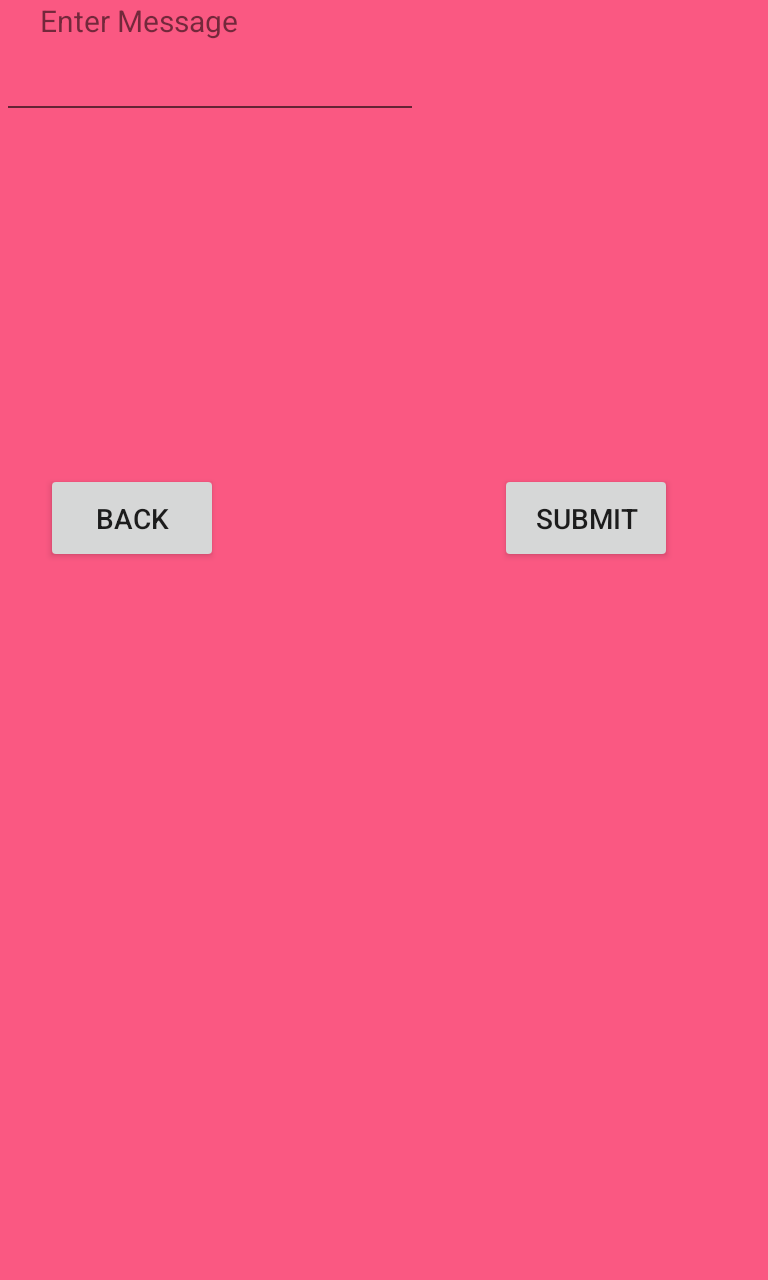
Repository: Clarenaliaka/code-challenge
Layout: ModernMum/res/layout/contacts.xml
These files come from the project's save history. The layout is drawn as it stood at one moment and after the next save; the edit follows.
It is drawn on a 768 x 1280 px phone screen (xhdpi) without system bars, with theme AppTheme; the app's code is not run.

Above is the layout before, as saved 2014-08-03 10:08:36.

After the next save:
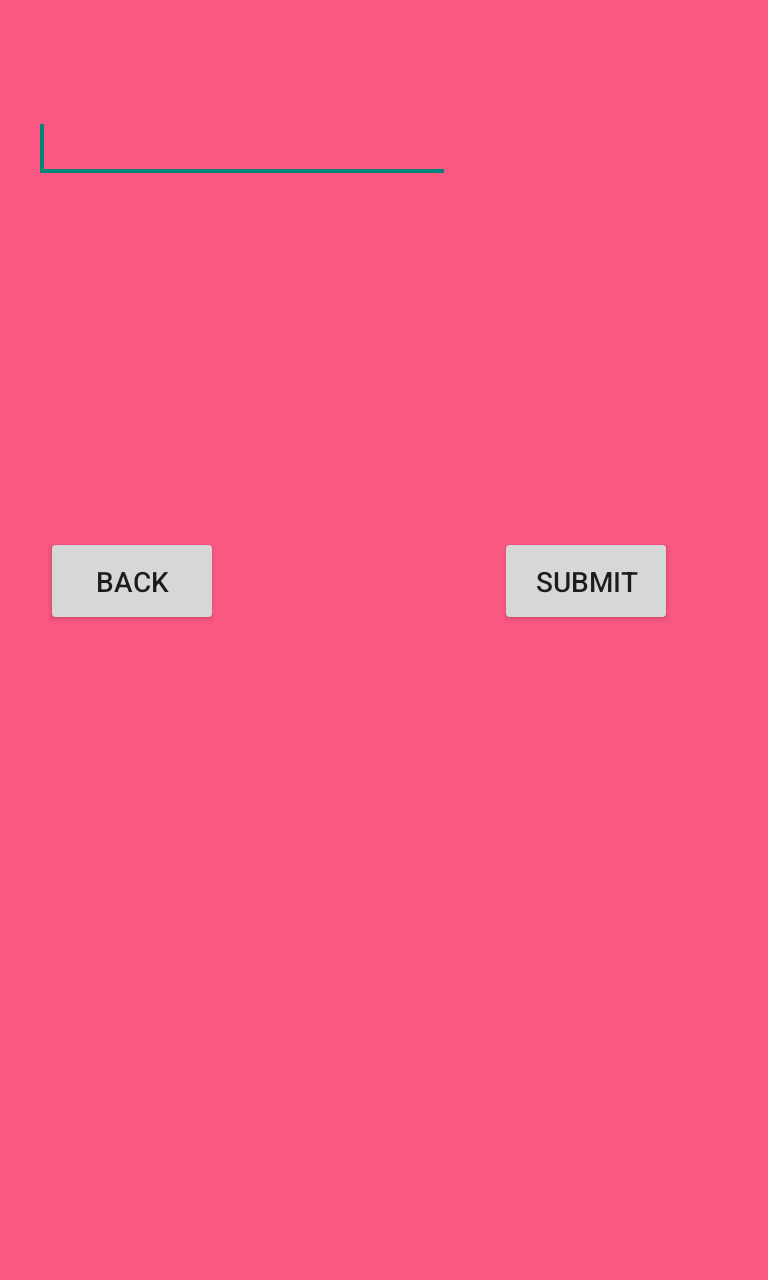
Saved 3 min 21 s later.
--- a/ModernMum/res/layout/contacts.xml
+++ b/ModernMum/res/layout/contacts.xml
@@ -7,22 +7,19 @@
 
 
 
-     <TextView
-        android:id="@+id/textView1"
-        android:layout_width="wrap_content"
-        android:layout_height="wrap_content"
+  <EditText
+            android:id="@+id/editText1"
+            android:layout_width="wrap_content"
+            android:layout_height="wrap_content"
+            android:layout_alignLeft="@+id/btncoback"
+            android:layout_alignParentTop="true"
+            android:layout_marginLeft="16dp"
+            android:layout_marginTop="52dp"
+            android:ems="10"
+            android:inputType="Enter Message" >
 
-        android:text="@string/des"
-        android:textSize="15sp"
-        android:layout_marginLeft="20dp"/>
-
-    <EditText
-        android:id="@+id/etmult"
-        android:layout_width="wrap_content"
-        android:layout_height="wrap_content"
-        android:ems="10" />
-
-
+            <requestFocus />
+        </EditText>
 
     <RelativeLayout
         android:layout_width="match_parent"
@@ -48,6 +45,8 @@
             android:layout_marginRight="47dp"
             android:text="@string/btnsubmit" />
 
+
+
     </RelativeLayout>
 
 </LinearLayout>
